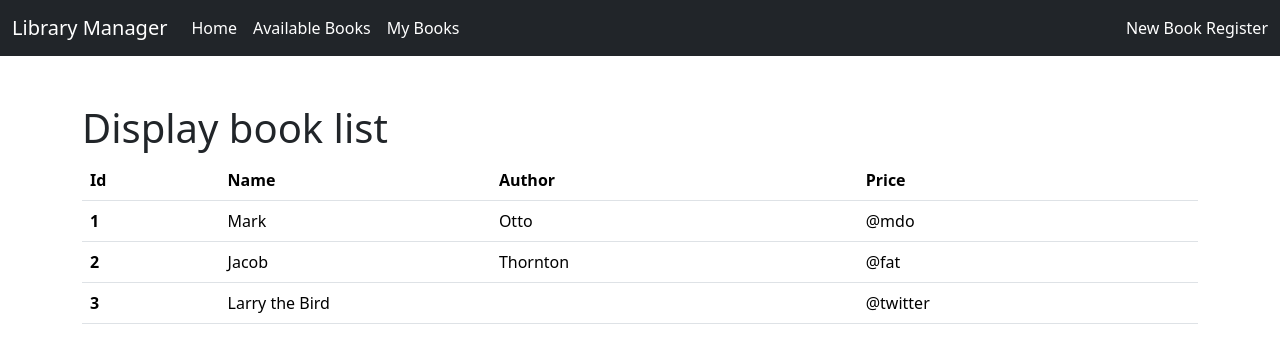
Repository: AkashCoder99/Spring-Libraray-Management
Page: http://localhost/bookList
These files come from the project's save history. The page is drawn as it stood at one moment and after the next save; the edit follows.
The browser window is 1280 px wide. The pictures show the whole page.
The page is this project's Thymeleaf template; nobody is signed in. The template is opened directly, without the code that normally fills it, so the values that code supplies are empty.

Above is the page before, as saved 2023-05-29 18:40:20.

### bookStore/src/main/resources/templates/bookList.html
<!doctype html>
<html lang="en" xmlns:th="https://www.thymeleaf.com">

<head>
	<meta charset="utf-8">
	<meta name="viewport" content="width=device-width, initial-scale=1">
	<title>Library Management</title>
	<link href="https://cdn.jsdelivr.net/npm/bootstrap@5.3.0-alpha3/dist/css/bootstrap.min.css" rel="stylesheet"
		integrity="sha384-KK94CHFLLe+nY2dmCWGMq91rCGa5gtU4mk92HdvYe+M/SXH301p5ILy+dN9+nJOZ" crossorigin="anonymous">
</head>

<body>
	<nav class="navbar navbar-expand-lg navbar-light bg-dark">
		<div class="container-fluid">
			<a class="navbar-brand text-white" href="#">Library Manager</a>
			<button class="navbar-toggler" type="button" data-bs-toggle="collapse"
				data-bs-target="#navbarSupportedContent" aria-controls="navbarSupportedContent" aria-expanded="false"
				aria-label="Toggle navigation">
				<span class="navbar-toggler-icon"></span>
			</button>
			<div class="collapse navbar-collapse" id="navbarSupportedContent">
				<ul class="navbar-nav me-auto mb-2 mb-lg-0">
					<li class="nav-item">
						<a class="nav-link active text-white" aria-current="page" href="/">Home</a>
					</li>
					<li class="nav-item">
						<a class="nav-link text-white" href="available_books">Available Books</a>
					</li>
					<li class="nav-item">
						<a class="nav-link text-white" href="my_books">My Books</a>
					</li>
				</ul>
				<div>
					<a class="nav-link text-white" href="book_register">New Book Register</a>
				</div>
			</div>
		</div>
	</nav>

	<div class="container my-5">
		<h1>Display book list</h1>
		<table class="table table-stripped table-hover">
			<thead>
				<tr>
					<th scope="col">Id</th>
					<th scope="col">Name</th>
					<th scope="col">Author</th>
					<th scope="col">Price</th>
				</tr>
			</thead>
			<tbody>
				<tr>
					<th scope="row">1</th>
					<td>Mark</td>
					<td>Otto</td>
					<td>@mdo</td>
				</tr>
				<tr>
					<th scope="row">2</th>
					<td>Jacob</td>
					<td>Thornton</td>
					<td>@fat</td>
				</tr>
				<tr>
					<th scope="row">3</th>
					<td colspan="2">Larry the Bird</td>
					<td>@twitter</td>
				</tr>
			</tbody>
		</table>
	</div>
	<script src="https://cdn.jsdelivr.net/npm/bootstrap@5.3.0-alpha3/dist/js/bootstrap.bundle.min.js"
		integrity="sha384-ENjdO4Dr2bkBIFxQpeoTz1HIcje39Wm4jDKdf19U8gI4ddQ3GYNS7NTKfAdVQSZe"
		crossorigin="anonymous"></script>
</body>

</html>

After the next save:
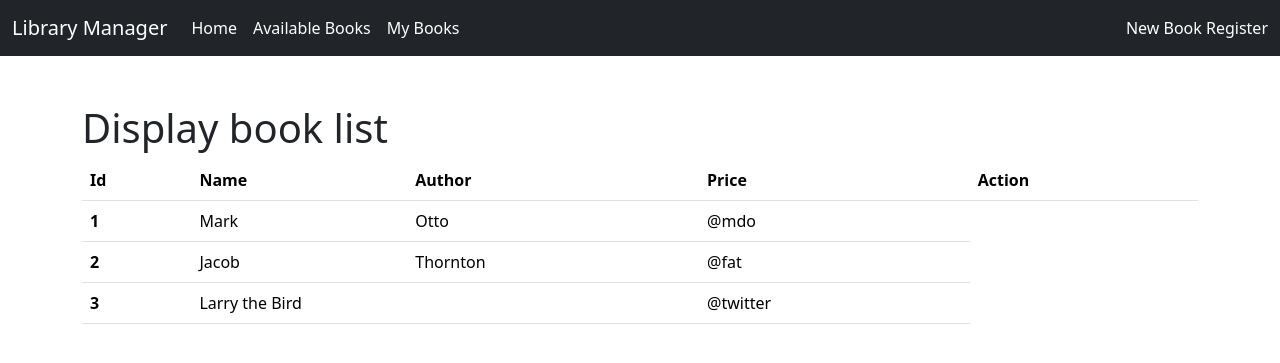
Saved 18 s later.
--- a/bookStore/src/main/resources/templates/bookList.html
+++ b/bookStore/src/main/resources/templates/bookList.html
@@ -46,6 +46,7 @@
 					<th scope="col">Name</th>
 					<th scope="col">Author</th>
 					<th scope="col">Price</th>
+					<th scope="col">Action</th>
 				</tr>
 			</thead>
 			<tbody>
